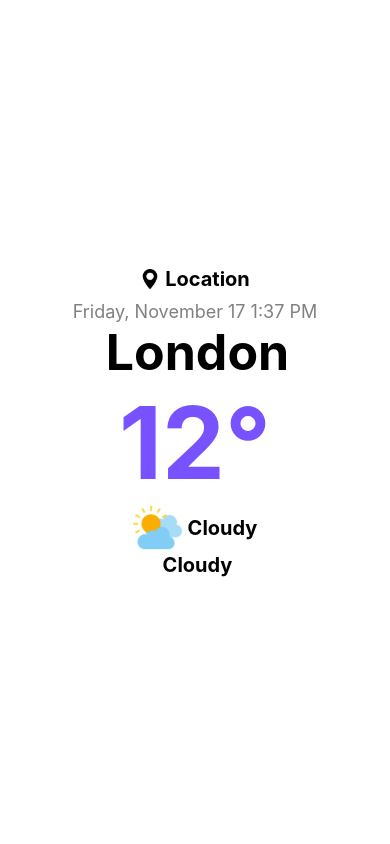
Repository: praveen080/react-native-weatherAppV1
Screen: /
The author's editor kept a copy of each file at every save. The screen is drawn from the files as they stood at one save, then again after the next save.
The app was drawn by React Native's web renderer in a window 390 px wide. The project was rebuilt for these pictures with package versions that can differ from the ones it lists, and the page was loaded fresh each time. Also part of the build but not shown: Screens/startUp.js.

Above is the screen before, as saved 2023-11-17 13:46:18.

After the next save:
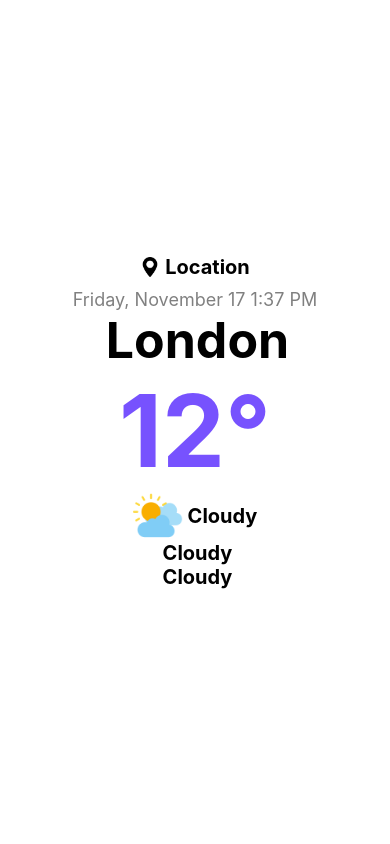
Saved 10 s later.
--- a/Screens/Home.js
+++ b/Screens/Home.js
@@ -43,6 +43,7 @@ const Home = () => {
         <Text style={styles.locationText}>Cloudy</Text>
       </View>
       <View>
+        <Text style={styles.locationText}>Cloudy</Text>
         <Text style={styles.locationText}>Cloudy</Text>
       </View>
     </View>
